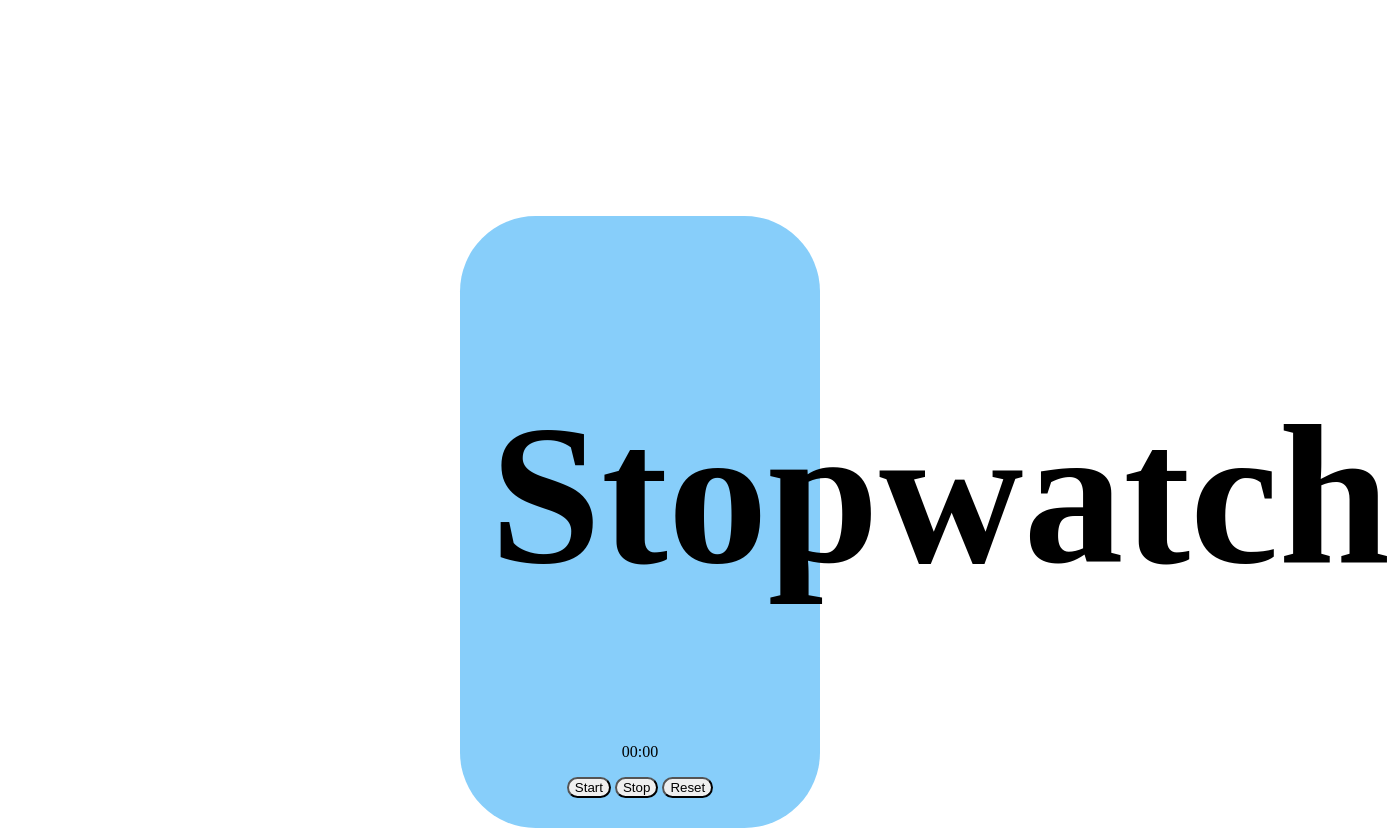
Repository: LeyaAbraham/web-dev
Page: clock.html
An editor plug-in stored every save of this project. The page is shown before and after the next save, followed by the edit.
The browser window is 1280 px wide. The page is 1390 px wide, then 1280 px, so the pictures cover 1390 px, including what lies to the right of the window. The pictures show the whole page.

Above is the page before, as saved 2021-01-05 23:13:35.

After the next save:
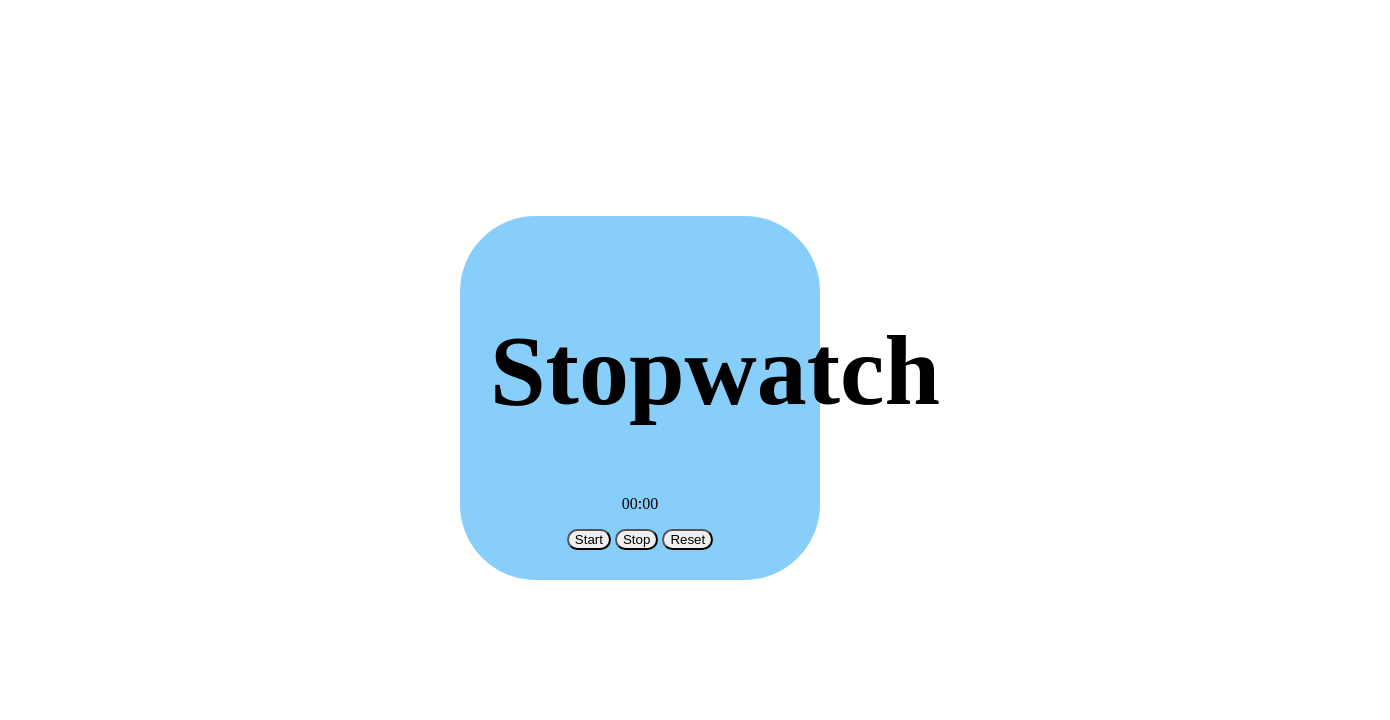
Saved 8 s later.
--- a/style.css
+++ b/style.css
@@ -21,5 +21,5 @@ button {
 }
 
 h1 {
-    font-size: 200px;
+    font-size: 100px;
 }
